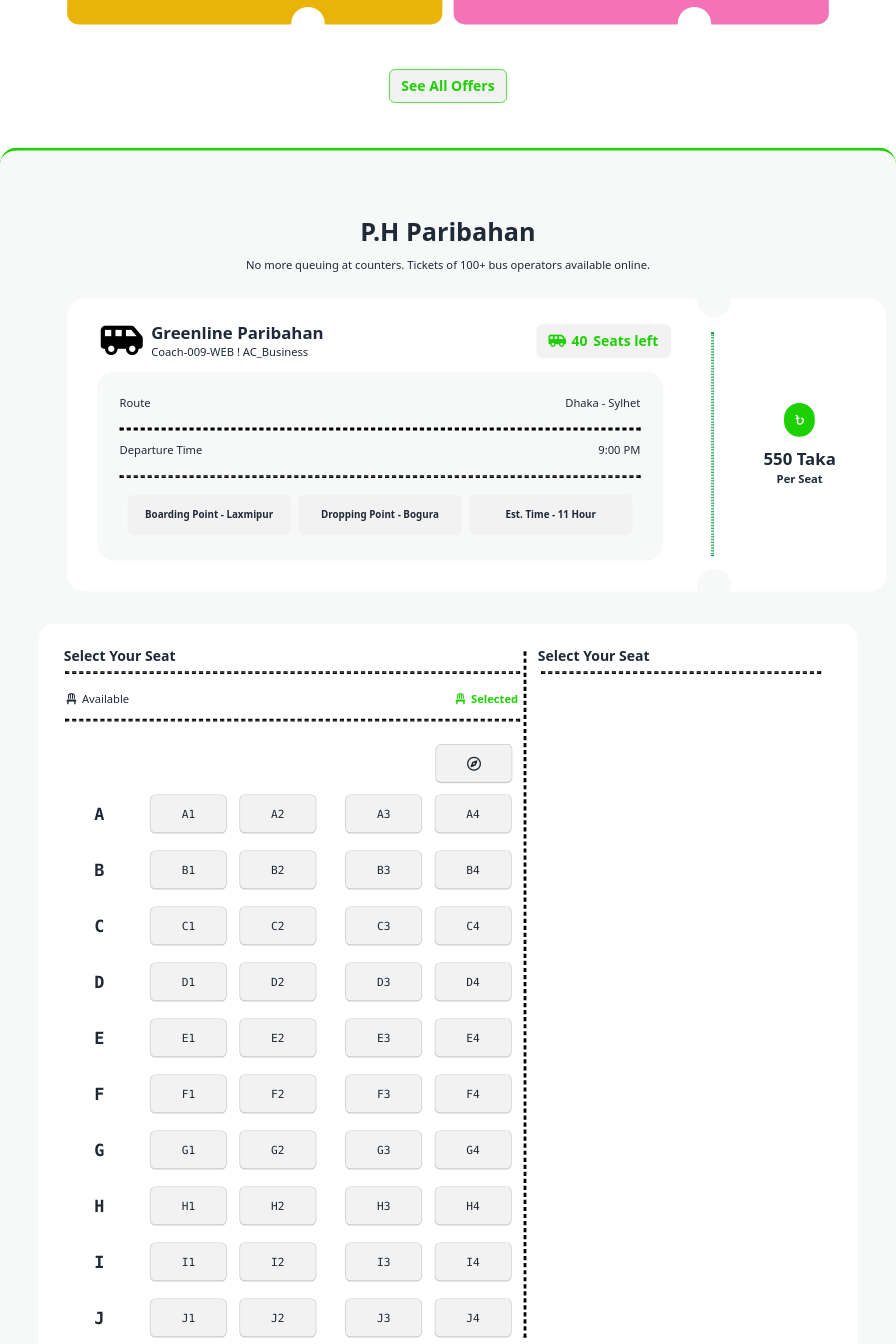
Repository: RudrasahaDibos/Smart-ticketing
Page: index.html
An editor plug-in stored every save of this project. The page is shown before and after the next save, followed by the edit.
The browser window is 1280 px wide. The pictures show the part of the page from y = 1107 to 3027 px (the page is 3054 px tall), at 70% of full size.
Some web fonts or font styles are not loaded; a fallback is used. Some web libraries are served in a nearby version.

Above is the page before, as saved 2024-11-10 15:47:24.

After the next save:
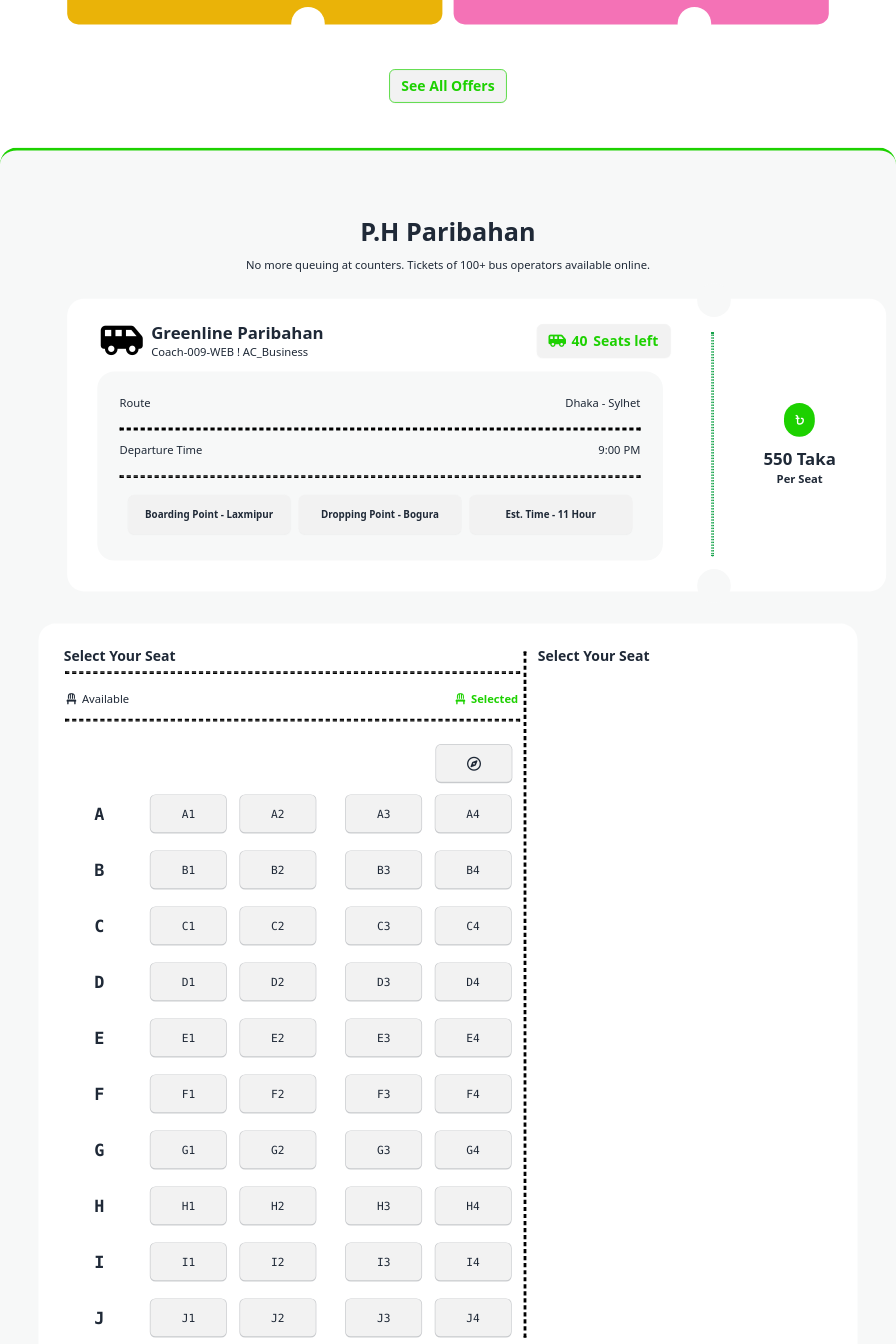
Saved 14 s later.
--- a/index.html
+++ b/index.html
@@ -432,7 +432,7 @@
             <div class="border-1  w-2/5 ">
               <p class="font-semibold text-xl ml-4">Select Your Seat</p>
               <div
-                class="border-dashed border-black border-2 mt-2  w-[400px] mx-auto h-0"></div>
+                class="border-dashed border-black border-1 mt-2  w-[400px] mx-auto h-0"></div>
             </div>
           </div>
 
